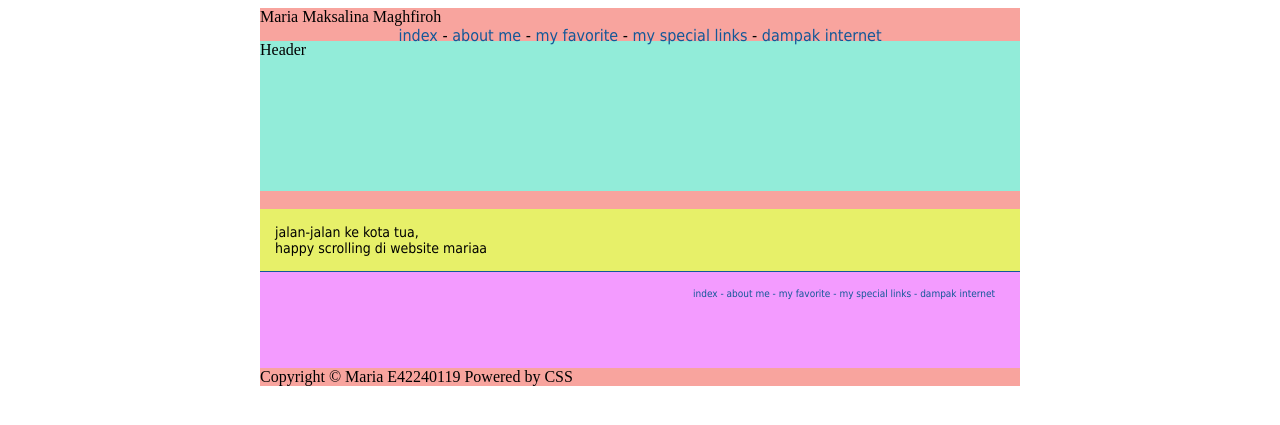
Repository: Bearli-py/latihan_bisdig
Page: index.html
These files come from the project's save history. The page is drawn as it stood at one moment and after the next save; the edit follows.
The browser window is 1280 px wide. The pictures show the whole page.

Above is the page before, as saved 2025-09-09 16:26:31.

After the next save:
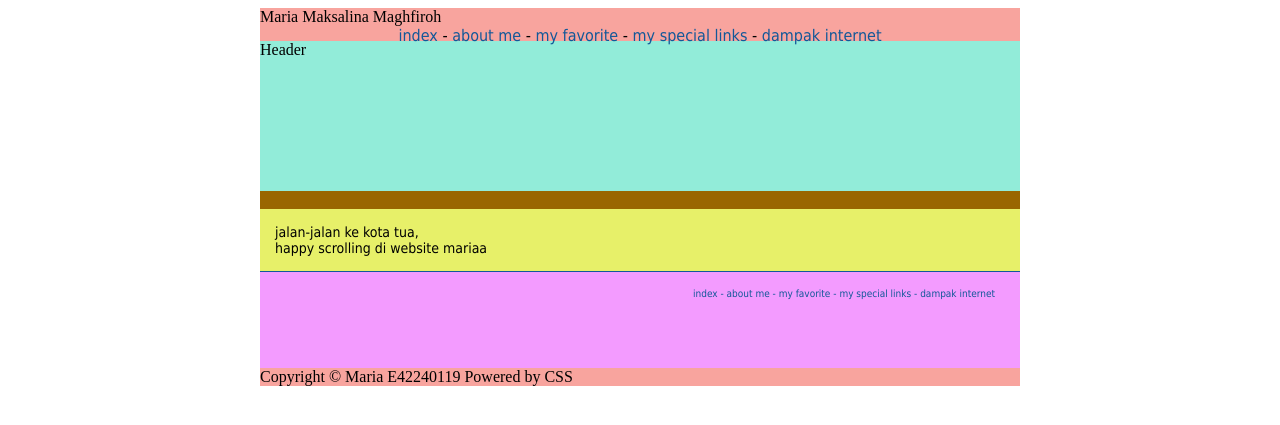
Saved 108 s later.
--- a/style.css
+++ b/style.css
@@ -49,4 +49,9 @@
 #content {
     font-family:Tahoma, arial, helvetica, sans-serif;
     font-size:14px;
-    padding: 15px 15px;}
+    padding: 15px 15px;
+}
+
+#side_bar{
+background:#996600;
+}
